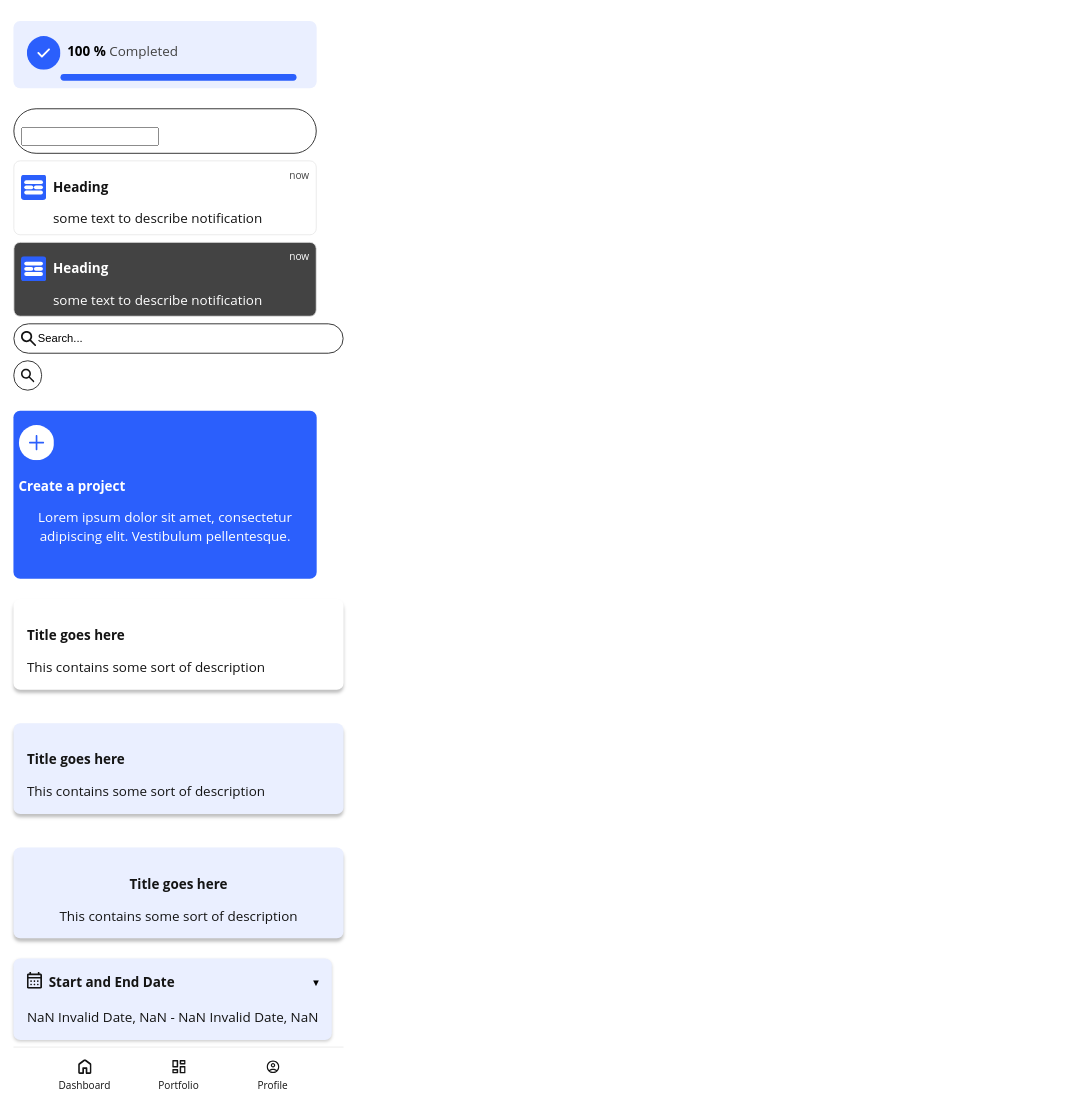
Repository: brunaguarizo/mosaic_app
Page: /
An editor plug-in stored every save of this project. The page is shown before and after the next save, followed by the edit.
The browser window is 1280 px wide. The pictures show the whole page, at 84% of full size.
The project was rebuilt for these pictures with package versions that can differ from the ones it lists, and the page was loaded fresh each time. The framework's server and built-in components were replaced by stand-ins that run in the browser. Also part of the build but not shown: next.config.mjs, app/_ui/Button/Button.js, app/_ui/Tag/Tag.js, app/_ui/Project_card/Project_card.js, app/_ui/Date_PopUp/Date_PopUp.module.css, app/_ui/Date_PopUp/Date_PopUp.js.

Above is the page before, as saved 2025-04-18 20:12:53.

After the next save:
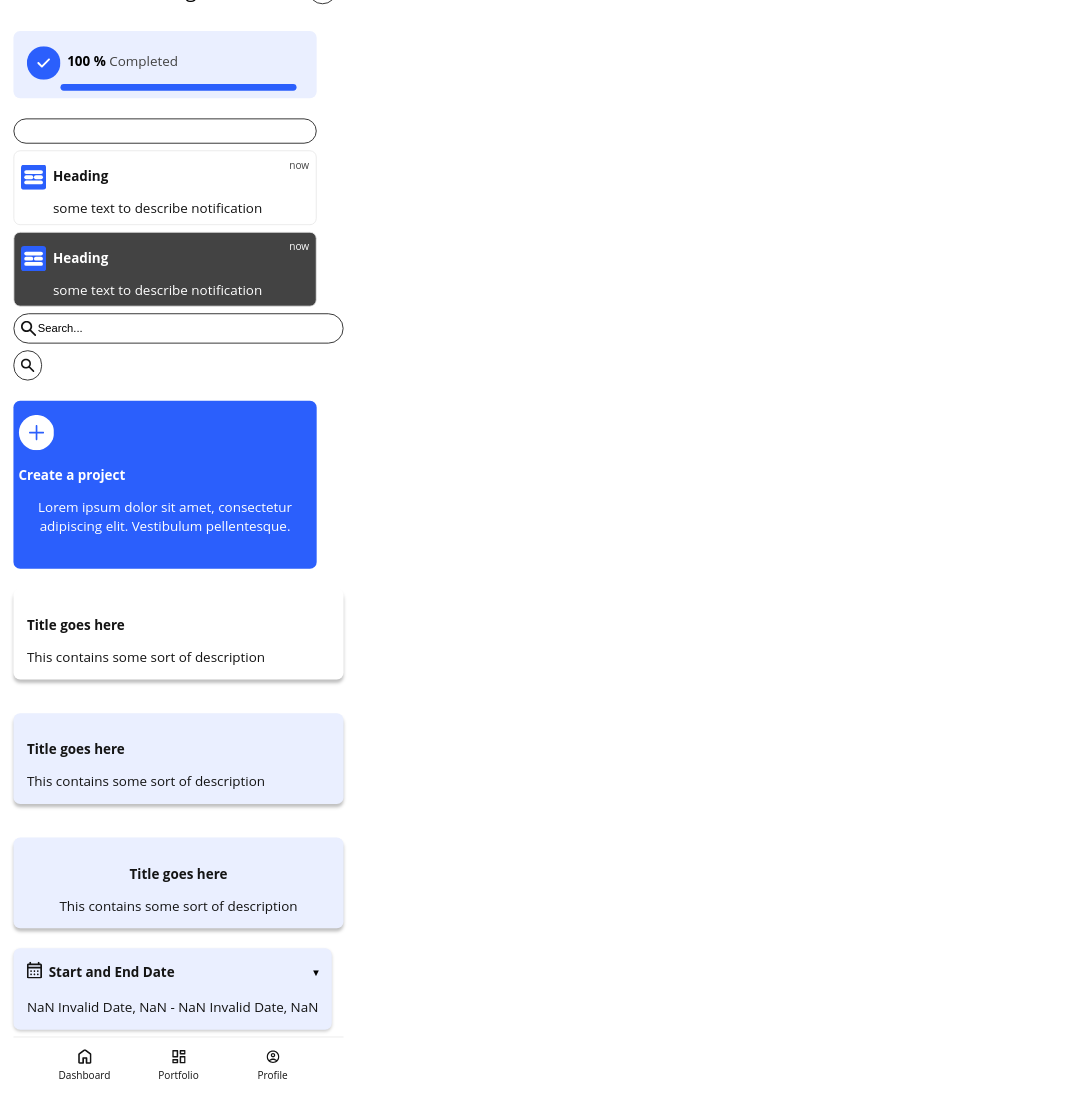
Saved 12 s later.
--- a/app/page.js
+++ b/app/page.js
@@ -32,7 +32,7 @@ export default function Home() {
                 type='heading'
             />
             <ProgressBar CompletionAmount={100} />
-            <SingleInput />
+            <SingleInput type='secondary' />
             <NotificationBox
                 type='primary'
                 notificationHeading='Heading'
